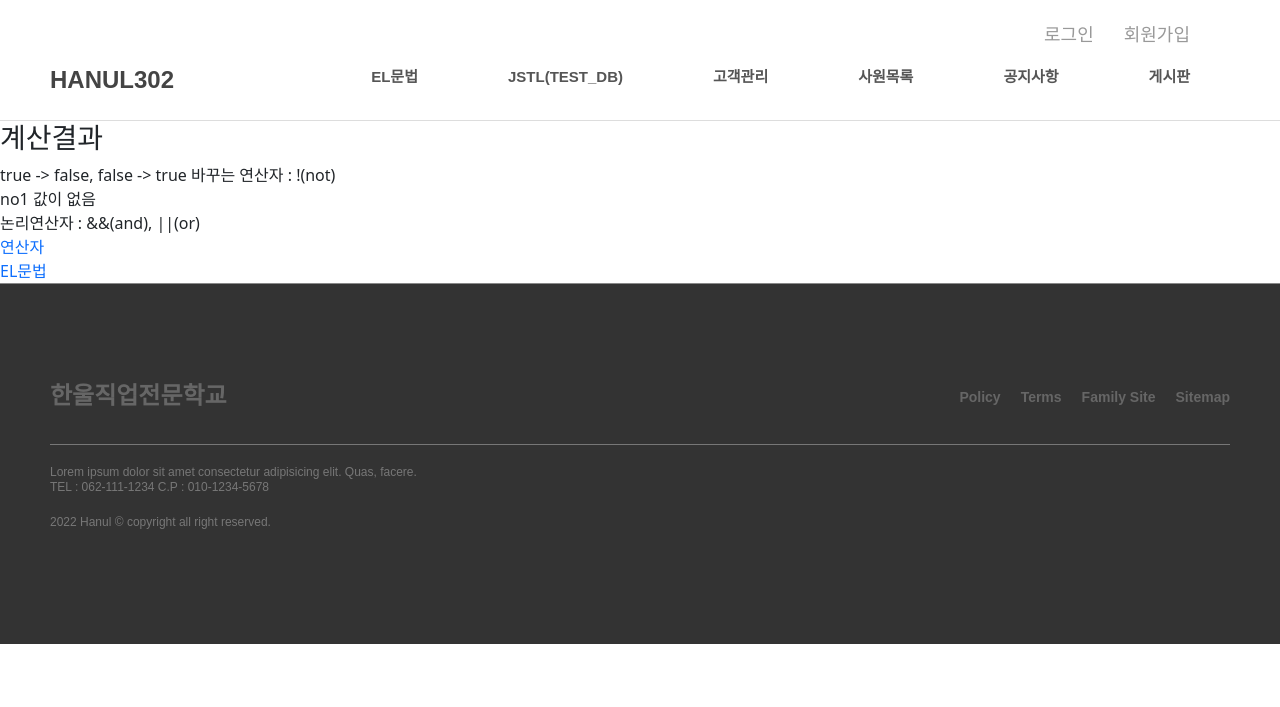
Repository: Xeyeong/servlet
Page: http://localhost/05.MiniProject/el/calculator.jsp
An editor plug-in stored every save of this project. The page is shown before and after a run of saves, followed by the edit.
The browser window is 1280 px wide. The pictures show the whole page.
Some web libraries are served in a nearby version. The page is served by Tomcat 9. Other server files are loaded and not shown.

Above is the page before, as saved 2022-09-20 03:54:36.

### 05.MiniProject/src/main/webapp/el/calculator.jsp
<%@ page language="java" contentType="text/html; charset=UTF-8"
    pageEncoding="UTF-8"%>
    <%@ taglib uri="http://java.sun.com/jsp/jstl/core" prefix="c" %>
<!DOCTYPE html>
<html>
<head>
<meta charset="UTF-8">
<title>Insert title here</title>
</head>
<jsp:include page="/include/header.jsp"/>
<body>
	<h3>계산결과</h3>
	<div>true -> false, false -> true 바꾸는 연산자 : !(not)</div>
	${empty param.no1 ? "no1 값이 없음" : "" }
	${not empty param.no2 ? "no2 값이 있음" : "" }

	<%
	if(true){

	}
	%>
	<div>논리연산자 : &&(and), ||(or) </div>

	<c:if test="${empty param.no1 || not empty param.no2 }">

	</c:if>
	<c:if test="${!empty param.no1 && not empty param.no2 }">

	<div>산술연산자 : + - * / (div) % (mod)</div>
	<div>${param.no1} + ${param.no2} = ${param.no1 + param.no2}</div>
	<div>${param.no1} - ${param.no2} = ${param.no1 - param.no2}</div>
	<div>${param.no1} * ${param.no2} = ${param.no1 * param.no2}</div>
	<div>${param.no1} / ${param.no2} = ${param.no1 / param.no2}</div>
	<div>${param.no1} / ${param.no2} = ${param.no1 div param.no2}</div>
	<div>${param.no1} / ${param.no2} = ${param.no1 % param.no2}</div>
	<div>${param.no1} / ${param.no2} = ${param.no1 mod param.no2}</div>

	<hr />
	<div>비교연산자 : >(gt) <(lt) ==(eq) !=(ne) >=(ge) <=(le) </div>
	<div>${param.no1} 와 ${param.no2} 중 더 큰 수 : ${param.no1 > param.no2 ? param.no1 : param.no2 }
		 <br>${param.no1 - param.no2 > 0 ? param.no1 : param.no2 } 이 큰수
		 <br>${param.no1 gt (param.no2-0) ? param.no1 : param.no2 } 이 큰수
		 <br>${param.no1 ge (param.no2-0) ? param.no1 : param.no2 } 이 큰수
		 <br>${param.no1 lt (param.no2-0) ? param.no2 : param.no1 } 이 큰수
		 <br>${param.no1 le (param.no2-0) ? param.no2 : param.no1 } 이 큰수
		 <br>${param.no1 eq param.no2 ? "같음" : "다름" }
		 <br>${param.no1 ne param.no2 ? "같지않음" : "같음" }

	 </div>
	</c:if>



	<div><a href="operator.jsp">연산자</a></div>
	<div><a href="<c:url value="/list.el"/>">EL문법</a></div>
<jsp:include page="/include/footer.jsp"/>
</body>
</html>

### 05.MiniProject/src/main/webapp/include/header.jsp
<%@ page language="java" contentType="text/html; charset=UTF-8"
    pageEncoding="UTF-8"%>
<%@ taglib uri="http://java.sun.com/jsp/jstl/core" prefix="c" %>
<!DOCTYPE html>
<html>
<head>
<meta charset="UTF-8">
<meta http-equiv="X-UA-Compatible" content="IE=CHROME">
<meta name="viewport" content="width=device-width, initial-scale=1.0">
<title>실습용 테마</title>
<link rel="icon" href="favicon.ico" type="image/x-icon">
<script src="https://kit.fontawesome.com/c47106c6a7.js"
	crossorigin="anonymous"></script>
<link rel="stylesheet" href="<c:url value="/"/>css/style.css?<%=new java.util.Date()%>">
<link rel="stylesheet" href="<c:url value="/"/>css/common.css?<%=new java.util.Date()%>">
<script src="js/ie.js"></script>
<link
	href="https://cdn.jsdelivr.net/npm/bootstrap@5.2.0-beta1/dist/css/bootstrap.min.css"
	rel="stylesheet"
	integrity="sha384-0evHe/X+R7YkIZDRvuzKMRqM+OrBnVFBL6DOitfPri4tjfHxaWutUpFmBp4vmVor"
	crossorigin="anonymous">
<script
	src="https://cdn.jsdelivr.net/npm/bootstrap@5.2.0-beta1/dist/js/bootstrap.bundle.min.js"
	integrity="sha384-pprn3073KE6tl6bjs2QrFaJGz5/SUsLqktiwsUTF55Jfv3qYSDhgCecCxMW52nD2"
	crossorigin="anonymous"></script>
<script src="https://code.jquery.com/jquery-3.6.0.min.js"></script>
</head>
<body>
	<header>
		<div class="inner">
			<h1>
				<a href="#">HANUL302</a>
			</h1>
			<ul id="gnb">
				<li><a href="list.el">EL문법</a></li>
				<li><a href="list.te">JSTL(TEST_DB)</a></li>
				<li><a href="list.cu">고객관리</a></li>
				<li><a href="#">사원목록</a></li>
				<li><a href="#">공지사항</a></li>
				<li><a href="#">게시판</a></li>
			</ul>



			<ul class="util">
				<li><a href="#">로그인</a></li>
				<li><a href="#">회원가입</a></li>
			</ul>

		</div>

	</header>
</body>
</html>

### 05.MiniProject/src/main/webapp/include/footer.jsp
<%@ page language="java" contentType="text/html; charset=UTF-8"
    pageEncoding="UTF-8"%>
<footer>
		<div class="inner">
			<div class="upper">
				<h1>한울직업전문학교</h1>
				<ul>
					<li><a href="#">Policy</a></li>
					<li><a href="#">Terms</a></li>
					<li><a href="#">Family Site</a></li>
					<li><a href="#">Sitemap</a></li>
				</ul>
			</div>
			<div class="lower">
				<address>
					Lorem ipsum dolor sit amet consectetur adipisicing elit. Quas,
					facere.<br> TEL : 062-111-1234 C.P : 010-1234-5678
				</address>
				<p>2022 Hanul &copy; copyright all right reserved.</p>
			</div>
		</div>
</footer>

### 05.MiniProject/src/main/webapp/css/style.css
@charset 'utf-8';


* {
	margin: 0px;
	padding: 0px;
	box-sizing: border-box;
}
ul,
ol {
	list-style: none;
}
a {
	text-decoration: none;
}

/* header */
header {
	width: 100%;
	border-bottom: 1px solid #ddd;
}
header .inner {
	width: 1180px;
	height: 120px;
	margin: 0px auto;
	position: relative; /*자식 absolute 요소의 기준점 설정*/
}
header .inner h1 {
	position: absolute;
	left: 0px;
	bottom: 15px;
}
header .inner h1 a {
	font: bold 24px/1 "arial";
	color: #444;
}
header .inner .util {
	position: absolute;
	top: 20px;
	right: 30px;
}
header .inner .util li {
	float: left;
}
header .inner .util li a {
	display: block;
	font: 18px "arial";
	color: #999;
	padding: 0px 10px;
}
header .inner #gnb {
	position: absolute;
	bottom: 0px;
	right: 0px;
}
header .inner #gnb li {
	float: left;
}
header .inner #gnb li a {
	display: block; /*인라인 요소는 block설정하여 크기를 조절가능*/
	font: bold 15px/1 "arial";
	color: #555;
	padding: 20px 40px;
	transition: all 0.5s;
}
header .inner #gnb li a:hover {
	background: #555;
	color: #fff;
}
figure {
	width: 100%;
	height: calc(100vh - 120px); /*전체 브라우저 높이에서 120px만큼 빼줌*/
	background: #000;
	position: relative;
	overflow: hidden;
	padding-top: 250px;
}
figure video {
	object-fit: cover; /*영상을 figure안쪽에 꽉 차도록 설정*/
	width: 100%;
	height: 100%;
	opacity: 0.3;
	position: absolute;
	top: 0px;
	left: 0px;
}
figure .inner {
	width: 1180px;
	margin: 0px auto;
	position: relative;
}
figure .inner h1 {
	font: normal 120px/1 "arial";
	color: #fff;
	margin-bottom: 20px;
}
figure .inner p {
	font: 16px/1.4 "arial";
	color: #888;
	margin-bottom: 60px;
}
figure .inner a {
	display: block;
	width: 400px;
	height: 30px;
	border: 1px solid #bbb;
	font: bold 11px/30px "arial";
	color: #fff;
	text-align: center;
	letter-spacing: 1px;
	transition: all 0.5s;
}
figure .inner a:hover {
	background: #fff;
	color: #555;
}
/* news */
section {
	width: 100%;
	padding: 200px 0px;
}
section .inner {
	width: 1180px;
	margin: 0px auto;
}
section .inner h1 {
	font: bold 24px/1 "arial";
	color: #555;
	text-align: center;
	margin-bottom: 50px;
}
section .inner .wrap {
	width: 100%;
}
section .inner .wrap::after {
	/*자식 요소인 article의 float해제*/
	content: "";
	display: block;
	clear: both;
}
section .inner .wrap article {
	width: 32%;
	float: left;
	margin-right: 20px;
}
section .inner .wrap article:last-child {
	/*제일 오른쪽 마지막 요소만 여백제거*/
	margin-right: 0px;
}
section .inner .wrap article h2 {
	margin-bottom: 10px;
}
section .inner .wrap article h2 a {
	font: bold 16px/1 "arial";
	color: #555;
}
section .inner .wrap article p {
	font: 14px/1.4 "arial";
	color: #777;
}
section .inner .wrap article .pic {
	width: 100%;
	height: 120px;
	background: #333;
	margin-bottom: 15px;
	position: relative;
	overflow: hidden;
}
section .inner .wrap article .pic img {
	object-fit: cover; /*pic프레임안에 이미지 꽉 채움*/
	width: 100%;
	height: 100%;
}
/* footer */
footer {
	width: 100%;
	background: #333;
	padding: 100px 0px;
	border-top: 1px solid #888;
}
footer .inner {
	width: 1180px;
	margin: 0px auto;
}
footer .inner .upper {
	width: 100%;
	border-bottom: 1px solid #777;
	padding-bottom: 20px;
}
footer .inner .upper::after {
	/*상단 영역 float해제*/
	content: "";
	display: block;
	clear: both;
}
footer .inner .upper h1 {
	float: left;
	font: bold 24px/1 "arial";
	color: #666;
}
footer .inner .upper ul {
	float: right;
}
footer .inner .upper ul li {
	float: left;
	margin-left: 20px;
}
footer .inner .upper ul li a {
	font: bold 14px/1 "arial";
	color: #666;
}
footer .inner .lower {
	width: 100%;
	padding-top: 20px;
}
footer .inner .lower address {
	width: 100%;
	font: 12px/1.3 "arial";
	color: #777;
	margin-bottom: 20px;
}
footer .inner .lower p {
	width: 100%;
	font: 12px/1 "arial";
	color: #777;
}

.styled-table {
	width: 80%;
    border-collapse: collapse;
    margin: 2% 10% 2% 10% ;
    font-size: 0.9em;
    font-family: sans-serif;
    min-width: 400px;
    box-shadow: 0 0 20px rgba(0, 0, 0, 0.15);

}

.styled-table thead tr {
    background-color: #009879;
    color: #ffffff;
    text-align: left;
}
table th{
	background-color: #6d6b6b!important;  color : #fff;
}
.styled-table th,
.styled-table td {
    padding: 12px 15px;
}

.styled-table tbody tr {
    border-bottom: 1px solid #dddddd;
}

.styled-table tbody tr:nth-of-type(even) {
    background-color: #f3f3f3;
}

.styled-table tbody tr:last-of-type {
    border-bottom: 2px solid #009879;
}

.styled-table tbody tr.active-row {
    font-weight: bold;
    color: #009879;
}



.styled-table {
	width: 80%;
    border-collapse: collapse;
    margin: 2% 10% 2% 10%;
    font-size: 0.9em;
    font-family: sans-serif;
    min-width: 400px;
    box-shadow: 0 0 20px rgba(0, 0, 0, 0.15);
}

.styled-table thead tr {
    background-color: #009879;
    color: #ffffff;
    text-align: left;
}

.styled-table th,
.styled-table td {
    padding: 12px 15px;
}

.styled-table tbody tr {
    border-bottom: 1px solid #dddddd;
}

.styled-table tbody tr:nth-of-type(even) {
    background-color: #f3f3f3;
}

.styled-table tbody tr:last-of-type {
    border-bottom: 2px solid #009879;
}

.styled-table tbody tr.active-row {
    font-weight: bold;
    color: #009879;
}
.list-top{
	width: 80%;
	margin: 2% 10%;
}
input[ type=button ] {
	padding : 2px 10px
}

input[ type=submit ]{
	padding: 2px 10px
}
label:not(:last-child) {
	margin-right: 30px
}

### 05.MiniProject/src/main/webapp/css/common.css
@charset "UTF-8";

ul {
	list-style-type: none;
	align-items: center;
	padding: 0;
}

.center {
	position: absolute;
	left: 50%;
	top: calc(120px + 50%);
	transform: translate(-50%, -50%);
}

.list-top {
	display: flex;
	justify-content: space-between;
}

.list-top ul {
	display: flex;
}

table.tb-list th, table.tb-list td {
	border: 1px solid #b0b0b0;
}

.list-top {
	width: 80%;
	margin: 2% 10%
}

input[type=button], input[type=submit] {
	padding: 2px 10px
}

table th {
	background-color: #009879 !important;
	color: #fff;
}

label:not(:last-child) {
	margin-right: 30px
}

.btnSet {
	margin: 20px auto;
	width: 80%;
}

.btnSet a:not(:last-child) {
	margin-right: 5px
}

a {
	text-decoration: none !important;
}

a.btn-fill, a.btn-empty {
	height: 28px;
	padding: 3px 15px;
	border: 1px solid #009879;
	border-radius: 3px;
}

a.btn-fill {
	background-color: #009879;
	color: #fff;
}

a.btn-empty {
	color: #009879;
}

input {
	padding: 0 10px;
}

input:focus {
	outline: none !important;
	border-color: #009879;
}

.tb-wrap {
	overflow: auto;
	margin: 20px auto;
	height: 500px;
	width: 80%;
}

.tb-wrap table {
	width: 100%;
	margin: 0;
}

header ul li:not(:first-child) {
	margin-left: 10px
}

.valid {
	color: green;
	font-size: 14px;
	font-weight: bold;
}

.invalid {
	color: red;
	font-size: 14px;
	font-weight: bold;
}

.font {
	font-size: 18px;
}

#delete {
	display: none;
}

.w-px40 {
	width: 40px
}

.w-px60 {
	width: 60px
}

.w-px80 {
	width: 80px
}

.w-px100 {
	width: 100px
}

.w-px120 {
	width: 120px
}

.w-px140 {
	width: 140px
}

.w-px160 {
	width: 160px
}

.w-px180 {
	width: 180px
}

.w-px200 {
	width: 200px
}

.w-px220 {
	width: 220px
}

.w-px250 {
	width: 250px
}

.w-px300 {
	width: 300px
}

Loaded but not shown: 05.MiniProject/src/main/webapp/js/ie.js (common file)

After the next 2 saves:
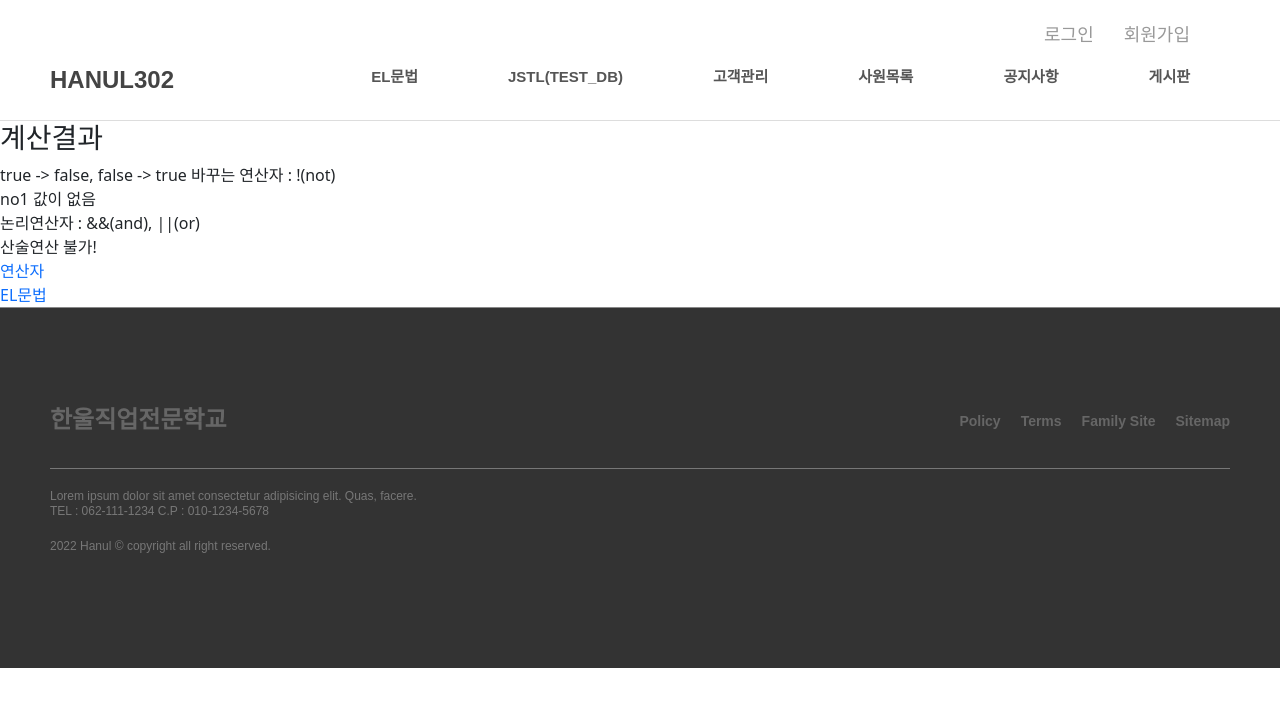
The 2 saves are shown as one change because they came seconds apart.
The last was saved 6 s later.
--- a/05.MiniProject/src/main/webapp/el/calculator.jsp
+++ b/05.MiniProject/src/main/webapp/el/calculator.jsp
@@ -22,7 +22,7 @@
 	<div>논리연산자 : &&(and), ||(or) </div>
 
 	<c:if test="${empty param.no1 || not empty param.no2 }">
-
+		산술연산 불가!
 	</c:if>
 	<c:if test="${!empty param.no1 && not empty param.no2 }">
 
